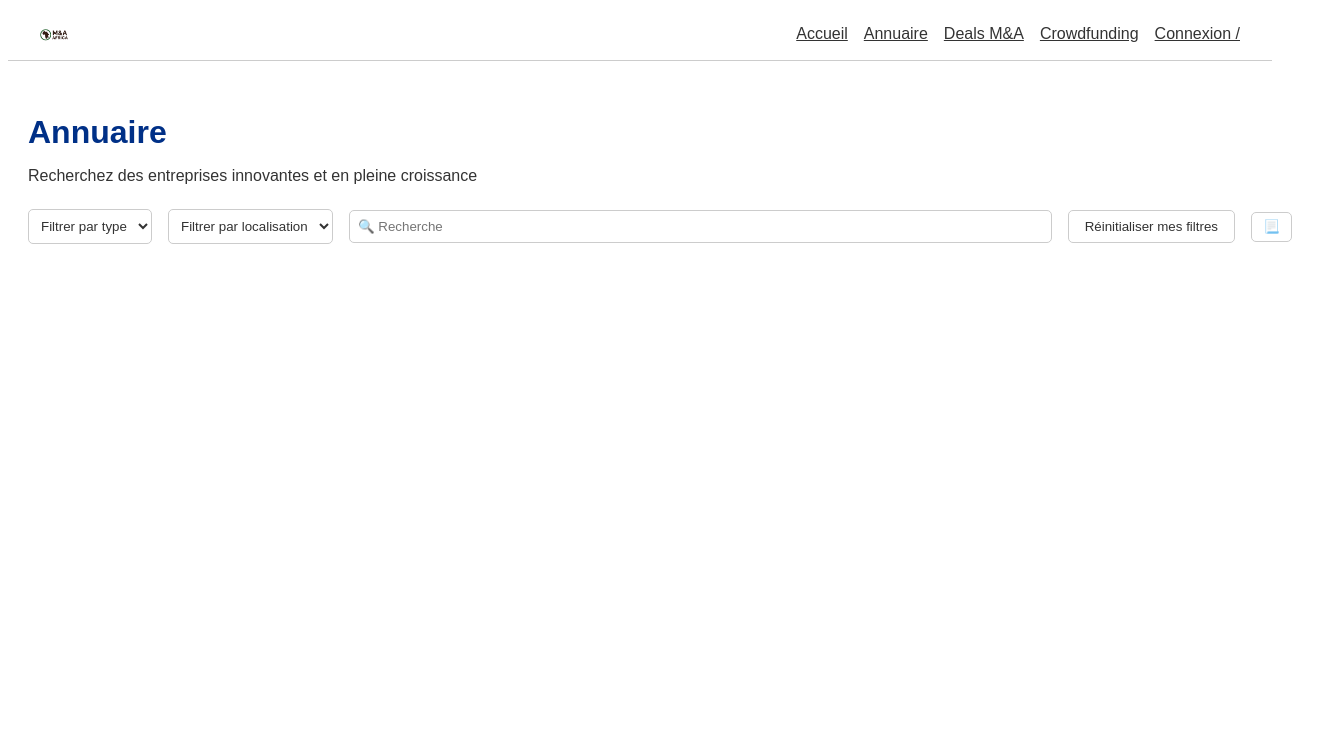
Repository: MFredy25/africa-fusion
Page: /annuaire
These files come from the project's save history. The page is drawn as it stood at one moment and after the next save; the edit follows.
The browser window is 1280 px wide. The page is 1312 px wide, then 1332 px, so the pictures cover 1332 px, including what lies to the right of the window. The pictures show the whole page.
The page's requests for data from a server got no answer. The project was rebuilt for these pictures with package versions that can differ from the ones it lists, and the page was loaded fresh each time. The framework's server and built-in components were replaced by stand-ins that run in the browser. No one was signed in, and anything a server would have sent is missing. Also part of the build but not shown: next.config.js, next.config.ts.

Above is the page before, as saved 2025-06-15 12:01:30.

### src/app/annuaire/page.tsx
'use client';

import { useEffect, useState } from 'react';
import Link from 'next/link';
import {
  collection,
  getDocs,
  query,
  orderBy,
} from 'firebase/firestore';
import { db } from '@/lib/firebase';
import { Company } from '@/types/company';

export default function Annuaire() {
  const [companies, setCompanies] = useState<Company[]>([]);
  const [typeFilter, setTypeFilter] = useState('');
  const [sectorFilter, setSectorFilter] = useState('');
  const [search, setSearch] = useState('');
  const [viewMode, setViewMode] = useState<'grid' | 'list'>('grid');
  const [page, setPage] = useState(1);
  const [isDark, setIsDark] = useState(false);
  const [columns, setColumns] = useState(5); // 5 desktop, 3 mobile

  /* ── Thème + responsive ── */
  useEffect(() => {
    const mqDark = window.matchMedia('(prefers-color-scheme: dark)');
    const applyDark = () => setIsDark(mqDark.matches);
    applyDark();
    mqDark.addEventListener('change', applyDark);

    const applyCols = () => setColumns(window.innerWidth < 768 ? 3 : 5);
    applyCols();
    window.addEventListener('resize', applyCols);

    return () => {
      mqDark.removeEventListener('change', applyDark);
      window.removeEventListener('resize', applyCols);
    };
  }, []);

  /* ── Firebase ── */
  useEffect(() => {
    (async () => {
      const snap = await getDocs(
        query(collection(db, 'companies'), orderBy('createdAt', 'desc')),
      );
      setCompanies(
        snap.docs.map((d) => {
          const data = d.data();
          return {
            id: d.id,
            rccm: data.rccm || '',
            name: data.name,
            description: data.description,
            category: data.category,
            revenue: data.revenue,
            location: data.location,
            email: data.email,
            createdAt: data.createdAt || null,
          } as Company;
        }),
      );
    })();
  }, []);

  /* ── Pagination ── */
  const ITEMS_PER_PAGE = columns * 10; // 50 desktop / 30 mobile
  const filteredCompanies = companies.filter(
    (c) =>
      (!typeFilter || c.category === typeFilter) &&
      (!sectorFilter || c.location.startsWith(sectorFilter)) &&
      (!search || c.name.toLowerCase().includes(search.toLowerCase())),
  );
  const pageCount = Math.ceil(filteredCompanies.length / ITEMS_PER_PAGE);
  const paginatedCompanies = filteredCompanies.slice(
    (page - 1) * ITEMS_PER_PAGE,
    page * ITEMS_PER_PAGE,
  );
  useEffect(() => setPage(1), [typeFilter, sectorFilter, search, columns]);

  /* ── Filtres uniques ── */
  const uniqueTypes = [...new Set(companies.map((c) => c.category))];
  const uniqueSectors = [
    ...new Set(companies.map((c) => c.location.split(' - ')[0])),
  ];

  /* ── Couleurs ── */
  const colors = {
    bg: isDark ? '#1a1a1a' : '#ffffff',
    text: isDark ? '#e0e0e0' : '#333333',
    cardBg: isDark ? '#2a2a2a' : '#f9f9f9',
    border: isDark ? '#444' : '#ccc',
  };
  const isMobile = columns === 3;

  /* ── Reset filtres ── */
  const resetFilters = () => {
    setTypeFilter('');
    setSectorFilter('');
    setSearch('');
  };

  /* ────────── RENDER ────────── */
  return (
    <div
      style={{
        display: 'flex',
        flexDirection: 'column',
        minHeight: '100vh',
        background: colors.bg,
        color: colors.text,
        fontFamily: 'sans-serif',
      }}
    >
      {/* ── Header ── */}
      <header
        style={{
          background: colors.bg,
          color: colors.text,
          borderBottom: `1px solid ${colors.border}`,
          width: '100%',
        }}
      >
        <div
          style={{
            maxWidth: '1200px',
            margin: '0 auto',
            display: 'flex',
            alignItems: 'center',
            justifyContent: 'space-between',
            padding: '0.75rem 1rem',
            gap: '1rem',
          }}
        >
          <Link href="/" style={{ display: 'flex', alignItems: 'center' }}>
            <img
              src="/images/fusion_africa.png"
              alt="Logo"
              width={28}
              height={28}
              style={{ objectFit: 'contain' }}
            />
          </Link>

          <nav
            style={{
              display: 'flex',
              gap: '1rem',
              flexWrap: 'nowrap',
              whiteSpace: 'nowrap',
            }}
          >
            <Link href="/hub" style={{ color: 'inherit' }}>
              Accueil
            </Link>
            <Link href="/annuaire" style={{ color: 'inherit' }}>
              Annuaire
            </Link>
            <Link href="/deals-m-a" style={{ color: 'inherit' }}>
              Deals M&A
            </Link>
            <Link href="/crowdfunding" style={{ color: 'inherit' }}>
              Crowdfunding
            </Link>
            <Link href="/connexion" style={{ color: 'inherit' }}>
              Connexion /
            </Link>
          </nav>
        </div>
      </header>

      {/* ── Contenu principal ── */}
      <main
        style={{
          flex: '1 0 auto',
          padding: '2rem 20px',  // ← 10 px à gauche et à droite
          width: '100%',
        }}
      >
        <h1 style={{ fontSize: '2rem', marginBottom: '0.5rem', color: '#003087' }}>
          Annuaire
        </h1>
        <p style={{ marginBottom: '1.5rem' }}>
          Recherchez des entreprises innovantes et en pleine croissance
        </p>

        {/* Filtres */}
        <div
          style={{
            display: 'flex',
            flexWrap: 'wrap',
            alignItems: 'center',
            gap: '1rem',
            marginBottom: '2rem',
          }}
        >
          <select
            value={typeFilter}
            onChange={(e) => setTypeFilter(e.target.value)}
            style={{
              padding: '0.5rem',
              borderRadius: 5,
              border: `1px solid ${colors.border}`,
              background: colors.bg,
              color: colors.text,
            }}
          >
            <option value="">Filtrer par type</option>
            {uniqueTypes.map((t) => (
              <option key={t}>{t}</option>
            ))}
          </select>

          <select
            value={sectorFilter}
            onChange={(e) => setSectorFilter(e.target.value)}
            style={{
              padding: '0.5rem',
              borderRadius: 5,
              border: `1px solid ${colors.border}`,
              background: colors.bg,
              color: colors.text,
            }}
          >
            <option value="">Filtrer par localisation</option>
            {uniqueSectors.map((s) => (
              <option key={s}>{s}</option>
            ))}
          </select>

          <input
            value={search}
            onChange={(e) => setSearch(e.target.value)}
            placeholder="🔍 Recherche"
            style={{
              padding: '0.5rem',
              border: `1px solid ${colors.border}`,
              borderRadius: 5,
              flex: 1,
              minWidth: 180,
              background: colors.bg,
              color: colors.text,
            }}
          />

          <button
            onClick={resetFilters}
            style={{
              padding: '0.5rem 1rem',
              border: `1px solid ${colors.border}`,
              borderRadius: 5,
              background: colors.bg,
              color: colors.text,
              cursor: 'pointer',
            }}
          >
            Réinitialiser mes filtres
          </button>

          <button
            onClick={() => setViewMode(viewMode === 'grid' ? 'list' : 'grid')}
            style={{
              border: `1px solid ${colors.border}`,
              borderRadius: 5,
              padding: '0.4rem 0.7rem',
              background: colors.bg,
              color: colors.text,
              cursor: 'pointer',
            }}
          >
            {viewMode === 'grid' ? '📃' : '🔲'}
          </button>
        </div>

        {/* Cartes / liste */}
        {viewMode === 'grid' ? (
          <div
            style={{
              display: 'grid',
              gridTemplateColumns: `repeat(${columns}, 1fr)`,
              gap: '1rem',
            }}
          >
            {paginatedCompanies.map((c) => {
              const base = {
                background: colors.cardBg,
                borderRadius: 10,
                padding: '0.6rem',
                border: `1px solid ${colors.border}`,
              } as const;

              return (
                <div
                  key={c.id}
                  style={
                    isMobile
                      ? {
                          ...base,
                          aspectRatio: '1 / 1',
                          display: 'flex',
                          flexDirection: 'column',
                          justifyContent: 'space-between',
                        }
                      : base
                  }
                >
                  <h3
                    style={{
                      color: '#003087',
                      fontSize: '1rem',
                      marginBottom: '0.4rem',
                    }}
                  >
                    {c.name}
                  </h3>

                  <div
                    style={{
                      width: '100%',
                      height: isMobile ? '40%' : 120,
                      background: colors.border,
                      borderRadius: 6,
                      marginBottom: '0.8rem',
                    }}
                  />

                  <p
                    style={{
                      fontSize: '0.8rem',
                      marginBottom: '0.8rem',
                      color: colors.text,
                    }}
                  >
                    {c.description}
                  </p>

                  <div
                    style={{
                      display: 'flex',
                      justifyContent: 'space-between',
                      fontSize: '0.75rem',
                    }}
                  >
                    <span>
                      📂 <strong>{c.category}</strong>
                    </span>
                    <span>📍 {c.location}</span>
                  </div>

                  <div
                    style={{
                      display: 'flex',
                      justifyContent: 'space-between',
                      fontSize: '0.75rem',
                    }}
                  >
                    <span>
                      💰 <strong>{c.revenue}</strong>
                    </span>
                    <a
                      href={`mailto:${c.email}`}
                      style={{ textDecoration: 'none', color: '#003087' }}
                    >
                      📧 Contact
                    </a>
                  </div>
                </div>
              );
            })}
          </div>
        ) : (
          <div style={{ display: 'flex', flexDirection: 'column', gap: '1rem' }}>
            {paginatedCompanies.map((c) => (
              <div
                key={c.id}
                style={{
                  display: 'flex',
                  justifyContent: 'space-between',
                  alignItems: 'center',
                  border: `1px solid ${colors.border}`,
                  borderRadius: 8,
                  padding: '0.8rem',
                  background: colors.cardBg,
                }}
              >
                <div style={{ flex: 1 }}>
                  <h3 style={{ margin: 0, color: '#003087' }}>{c.name}</h3>
                  <p
                    style={{
                      margin: '0.4rem 0',
                      fontSize: '0.85rem',
                      color: colors.text,
                    }}
                  >
                    {c.description}
                  </p>
                  <p style={{ margin: 0, fontSize: '0.8rem', color: colors.text }}>
                    📂 <strong>{c.category}</strong> · 📍 {c.location} · 💰{' '}
                    {c.revenue}
                  </p>
                </div>
                <a
                  href={`mailto:${c.email}`}
                  style={{
                    textDecoration: 'none',
                    color: '#003087',
                    fontWeight: 'bold',
                    fontSize: '0.85rem',
                  }}
                >
                  📧 Contact
                </a>
              </div>
            ))}
          </div>
        )}
      </main>

      {/* ── Pagination en bas de page ── */}
      {pageCount > 1 && (
        <div
          style={{
            flexShrink: 0,
            marginTop: isMobile ? 'auto' : 0,
            padding: '1rem 0 2rem',
            display: 'flex',
            justifyContent: 'center',
            gap: '0.5rem',
          }}
        >
          <button
            onClick={() => setPage((p) => Math.max(1, p - 1))}
            disabled={page === 1}
            style={{
              padding: '0.3rem 0.7rem',
              border: `1px solid ${colors.border}`,
              borderRadius: 4,
              background: colors.bg,
              color: colors.text,
              cursor: page === 1 ? 'default' : 'pointer',
            }}
          >
            ‹
          </button>

          {Array.from({ length: pageCount }, (_, i) => i + 1).map((n) => (
            <button
              key={n}
              onClick={() => setPage(n)}
              style={{
                padding: '0.3rem 0.7rem',
                border: `1px solid ${colors.border}`,
                borderRadius: 4,
                background: n === page ? '#003087' : colors.bg,
                color: n === page ? '#fff' : colors.text,
                cursor: 'pointer',
              }}
            >
              {n}
            </button>
          ))}

          <button
            onClick={() => setPage((p) => Math.min(pageCount, p + 1))}
            disabled={page === pageCount}
            style={{
              padding: '0.3rem 0.7rem',
              border: `1px solid ${colors.border}`,
              borderRadius: 4,
              background: colors.bg,
              color: colors.text,
              cursor: page === pageCount ? 'default' : 'pointer',
            }}
          >
            ›
          </button>
        </div>
      )}
    </div>
  );
}

### src/lib/firebase.ts
import { initializeApp } from 'firebase/app';
import { getFirestore } from 'firebase/firestore';
import { getAuth, GoogleAuthProvider } from 'firebase/auth';
import { getAnalytics, isSupported } from 'firebase/analytics';

const firebaseConfig = {
  apiKey: 'AIzaSyBtIFVLa-MUBFP_KRh8dC3kMeHjRumkGtk',
  authDomain: 'fusac-africa.firebaseapp.com',
  projectId: 'fusac-africa',
  storageBucket: 'fusac-africa.appspot.com',
  messagingSenderId: '607470663470',
  appId: '1:607470663470:web:12916cc75ea34573a3acbf',
  measurementId: 'G-M7GWTQNYBY',
};

const app = initializeApp(firebaseConfig);
const db = getFirestore(app);
const auth = getAuth(app);
const provider = new GoogleAuthProvider();

let analytics: ReturnType<typeof getAnalytics> | null = null;
isSupported().then((yes) => {
  if (yes) analytics = getAnalytics(app);
});

export { db, auth, provider, analytics };

Loaded but not shown: src/app/layout.tsx (common file); src/app/globals.css (common file)

After the next save:
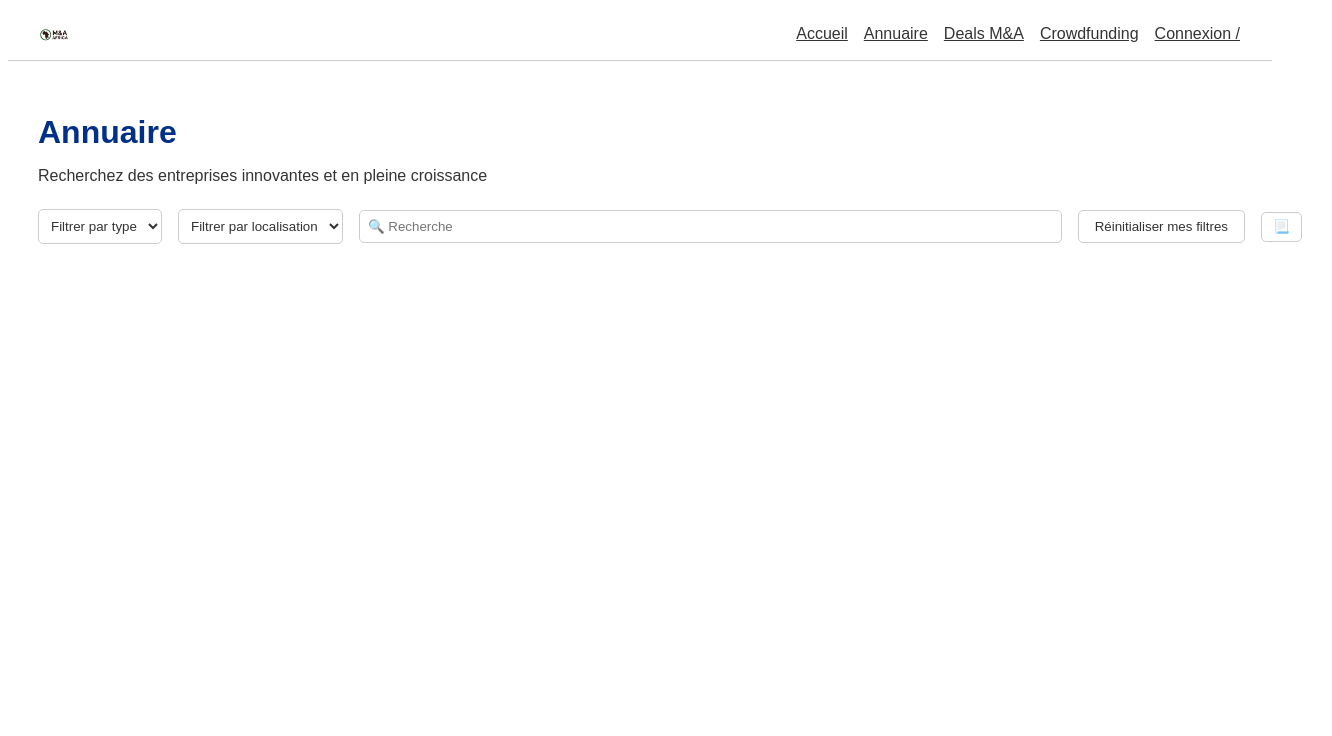
Saved 38 s later.
--- a/src/app/annuaire/page.tsx
+++ b/src/app/annuaire/page.tsx
@@ -169,14 +169,15 @@ export default function Annuaire() {
         </div>
       </header>
 
-      {/* ── Contenu principal ── */}
-      <main
-        style={{
-          flex: '1 0 auto',
-          padding: '2rem 20px',  // ← 10 px à gauche et à droite
-          width: '100%',
-        }}
-      >
+     {/* ── Contenu principal ── */}
+<main
+  style={{
+    flex: '1 0 auto',
+    padding: '2rem 30px', // ← 30 px à gauche et à droite
+    width: '100%',
+  }}
+>
+
         <h1 style={{ fontSize: '2rem', marginBottom: '0.5rem', color: '#003087' }}>
           Annuaire
         </h1>
